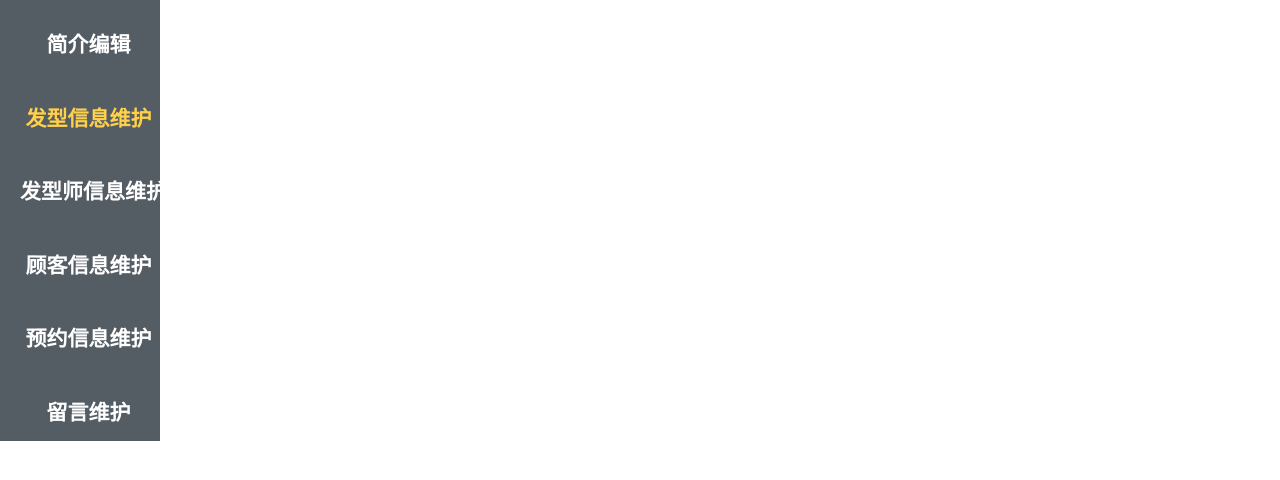
Repository: cjl0805/graduation-design-front
Page: /back/home
The author's editor kept a copy of each file at every save. The page is drawn from the files as they stood at one save, then again after the next save.
The browser window is 1280 px wide. The pictures show the whole page.
The project was rebuilt for these pictures with package versions that can differ from the ones it lists, and the page was loaded fresh each time. Also part of the build but not shown: vue.config.js, src/components/RotationChart.vue, src/components/NavigationBar.vue, src/components/HairStylist.vue, src/components/HairStyle.vue, src/views/font/HairStyleView.vue, src/views/font/HairStylistView.vue, src/views/font/HomeView.vue and 17 more.

Above is the page before, as saved 2023-04-18 08:47:15.

After the next save:
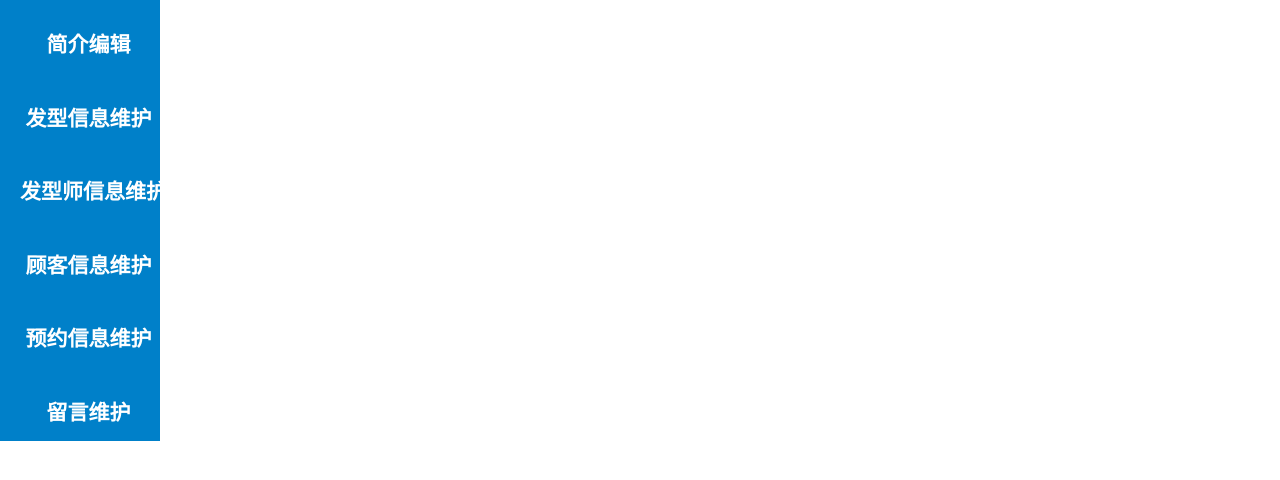
Saved 63 s later.
--- a/src/views/back/MainView.vue
+++ b/src/views/back/MainView.vue
@@ -2,15 +2,7 @@
   <div>
     <div class="aside">
       <el-aside width="178px"
-        ><el-menu
-          default-active="2"
-          class="el-menu-vertical-demo"
-          @open="handleOpen"
-          @close="handleClose"
-          background-color="#545c64"
-          text-color="#fff"
-          active-text-color="#ffd04b"
-        >
+        ><el-menu background-color="#0080c9" text-color="#ffffff" router>
           <el-menu-item index="1">
             <span slot="title"><h2>简介编辑</h2></span>
           </el-menu-item>

After the save that followed:
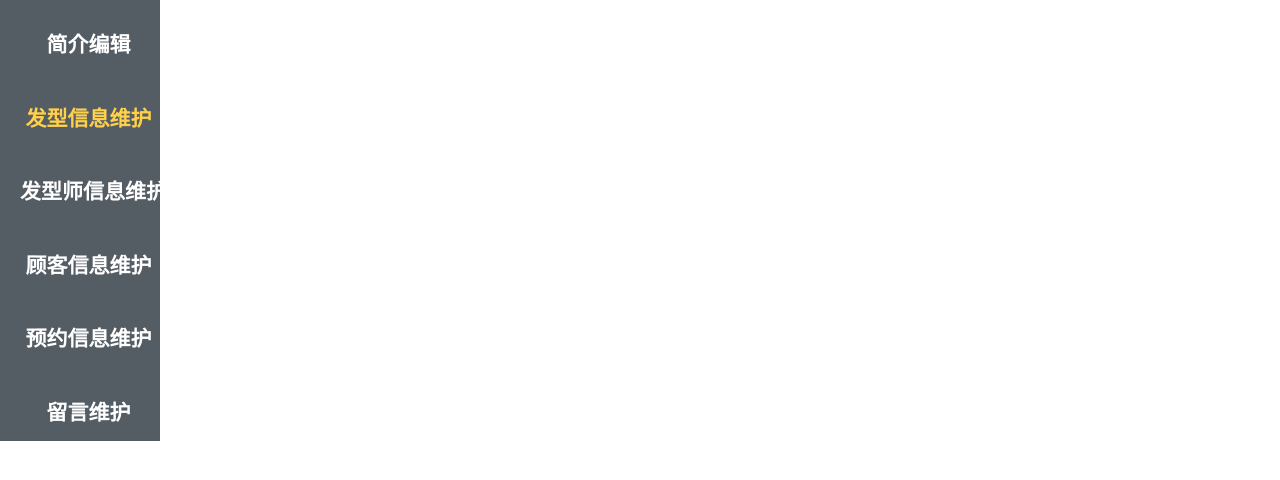
Saved 2 min 44 s later.
--- a/src/views/back/MainView.vue
+++ b/src/views/back/MainView.vue
@@ -2,7 +2,15 @@
   <div>
     <div class="aside">
       <el-aside width="178px"
-        ><el-menu background-color="#0080c9" text-color="#ffffff" router>
+        ><el-menu
+          default-active="2"
+          class="el-menu-vertical-demo"
+          @open="handleOpen"
+          @close="handleClose"
+          background-color="#545c64"
+          text-color="#fff"
+          active-text-color="#ffd04b"
+        >
           <el-menu-item index="1">
             <span slot="title"><h2>简介编辑</h2></span>
           </el-menu-item>
